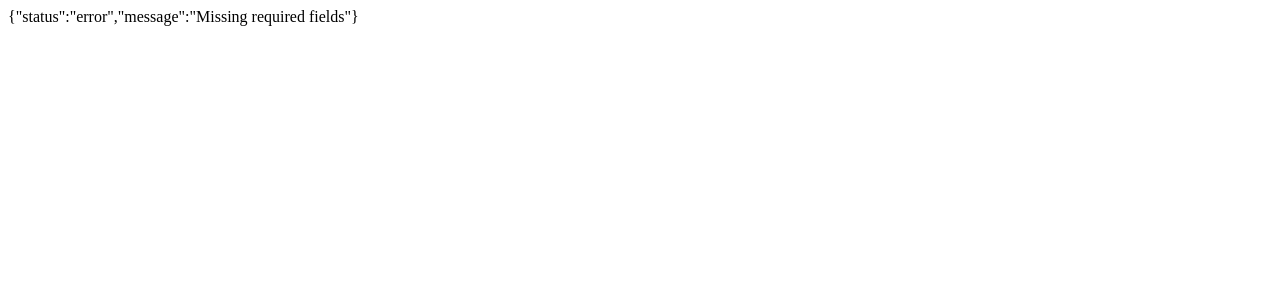
Repository: malingubarnice/Online-Reservation-System
Page: http://localhost/book_room.php
An editor plug-in stored every save of this project. The page is shown before and after the next save, followed by the edit.
The browser window is 1280 px wide. The pictures show the whole page.
The page is run by PHP 8.4 with error messages shown; the project is at /var/www/html/.

Above is the page before, as saved 2025-04-03 18:17:54.

After the next save:
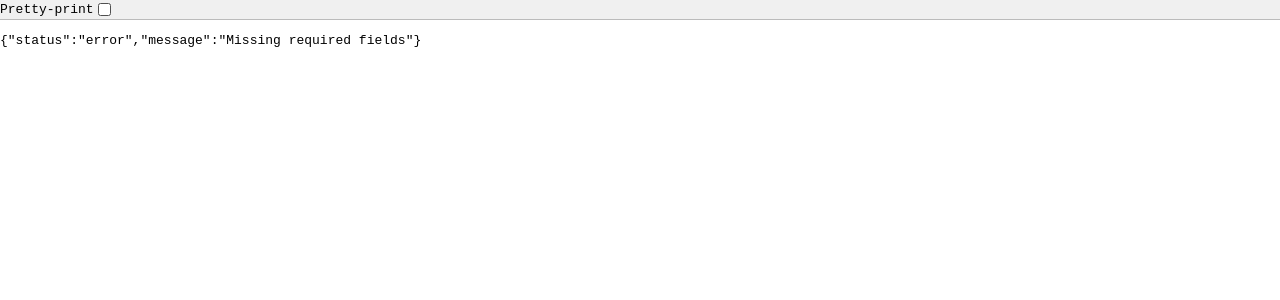
Saved 13 s later.
--- a/book_room.php
+++ b/book_room.php
@@ -1,43 +1,32 @@
 <?php
-include 'connection.php'; // Include database connection
+include 'connection.php';
 
-// Read JSON input from the request
+header('Content-Type: application/json'); // Ensure response is JSON
+
 $data = json_decode(file_get_contents("php://input"), true);
 
-// Check if all required fields are present
 if (!isset($data['room_id'], $data['check_in_date'], $data['check_out_date'], $data['guest_count'], $data['contact_info'])) {
     echo json_encode(["status" => "error", "message" => "Missing required fields"]);
     exit;
 }
 
-// Sanitize input values
 $room_id = $conn->real_escape_string($data['room_id']);
 $check_in_date = $conn->real_escape_string($data['check_in_date']);
 $check_out_date = $conn->real_escape_string($data['check_out_date']);
 $guest_count = $conn->real_escape_string($data['guest_count']);
 $contact_info = $conn->real_escape_string($data['contact_info']);
-$status = "pending"; // Default status
-$created_at = date("Y-m-d H:i:s"); // Current timestamp
+$status = "pending";
+$created_at = date("Y-m-d H:i:s");
 
-// Insert into `bookings` table
 $sql = "INSERT INTO bookings (room_id, check_in_date, check_out_date, guest_count, contact_info, status, created_at)
         VALUES ('$room_id', '$check_in_date', '$check_out_date', '$guest_count', '$contact_info', '$status', '$created_at')";
 
 if ($conn->query($sql) === TRUE) {
-    // **Send email notification**
-    $to = $contact_info; // User email
-    $subject = "Booking Confirmation";
-    $message = "Your booking has been confirmed. Thank you for choosing us.";
-    $headers = "From: bookings@yourhotel.com"; // Change this to your actual email
-
-    mail($to, $subject, $message, $headers); // Send email
-
-    // **Return simple message**
+    mail($contact_info, "Booking Confirmation", "Your booking is confirmed.", "From: bookings@yourhotel.com");
     echo json_encode(["status" => "success", "message" => "Booking confirmed! Email sent."]);
 } else {
     echo json_encode(["status" => "error", "message" => "Error: " . $conn->error]);
 }
 
-// Close database connection
 $conn->close();
 ?>

After the 2 saves that followed:
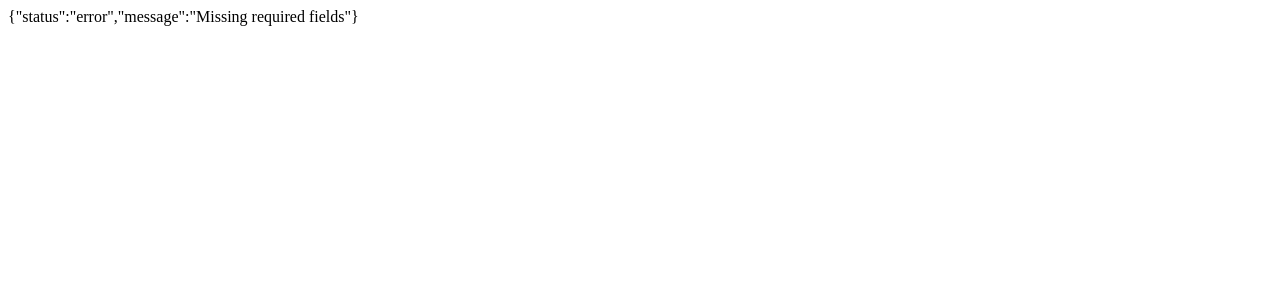
The 2 saves are shown as one change because 1 left the picture as it was.
The last was saved 7 min 19 s later.
--- a/book_room.php
+++ b/book_room.php
@@ -1,32 +1,37 @@
 <?php
-include 'connection.php';
+include 'connection.php'; // Include the database connection file
 
-header('Content-Type: application/json'); // Ensure response is JSON
-
+// Read JSON input from the request
 $data = json_decode(file_get_contents("php://input"), true);
 
+// Check if all required fields are present
 if (!isset($data['room_id'], $data['check_in_date'], $data['check_out_date'], $data['guest_count'], $data['contact_info'])) {
     echo json_encode(["status" => "error", "message" => "Missing required fields"]);
     exit;
 }
 
+// Sanitize input values
 $room_id = $conn->real_escape_string($data['room_id']);
 $check_in_date = $conn->real_escape_string($data['check_in_date']);
 $check_out_date = $conn->real_escape_string($data['check_out_date']);
 $guest_count = $conn->real_escape_string($data['guest_count']);
 $contact_info = $conn->real_escape_string($data['contact_info']);
-$status = "pending";
-$created_at = date("Y-m-d H:i:s");
+$status = "pending"; // Default status
+$created_at = date("Y-m-d H:i:s"); // Current timestamp
 
-$sql = "INSERT INTO bookings (room_id, check_in_date, check_out_date, guest_count, contact_info, status, created_at)
-        VALUES ('$room_id', '$check_in_date', '$check_out_date', '$guest_count', '$contact_info', '$status', '$created_at')";
+// Generate unique booking ID
+$booking_id = "BKG-" . date("Ymd") . "-" . rand(100, 999);
+
+// Insert data into the bookings table
+$sql = "INSERT INTO bookings (booking_id, room_id, check_in_date, check_out_date, guest_count, contact_info, status, created_at)
+        VALUES ('$booking_id', '$room_id', '$check_in_date', '$check_out_date', '$guest_count', '$contact_info', '$status', '$created_at')";
 
 if ($conn->query($sql) === TRUE) {
-    mail($contact_info, "Booking Confirmation", "Your booking is confirmed.", "From: bookings@yourhotel.com");
-    echo json_encode(["status" => "success", "message" => "Booking confirmed! Email sent."]);
+    echo json_encode(["status" => "success", "message" => "Booking confirmed!", "booking_id" => $booking_id]);
 } else {
     echo json_encode(["status" => "error", "message" => "Error: " . $conn->error]);
 }
 
+// Close database connection
 $conn->close();
 ?>
